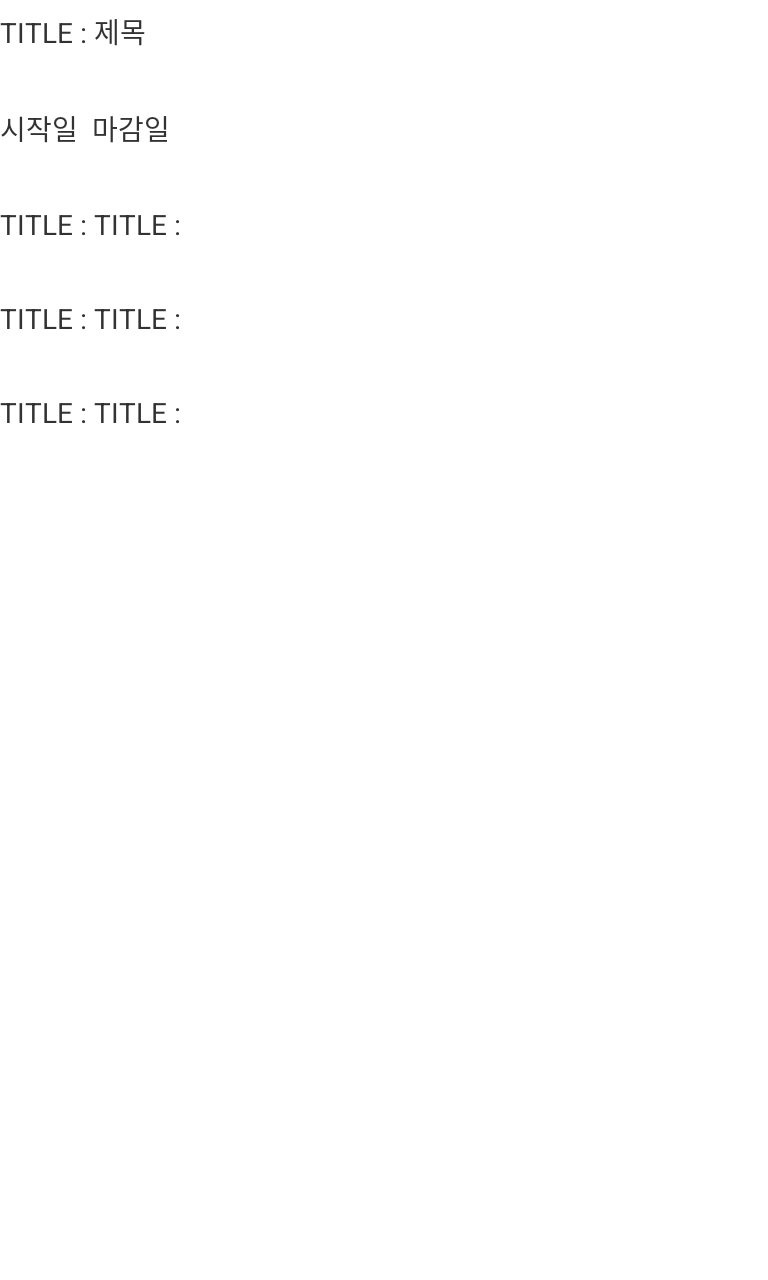
Repository: chlduq04/java
Layout: Culturemap/res/layout/detail.xml
The author's editor kept a copy of each file at every save. The layout is drawn from the files as they stood at one save, then again after the next save.
It is drawn on a 768 x 1280 px phone screen (xhdpi) without system bars, with theme AppTheme; the app's code is not run.

Above is the layout before, as saved 2012-07-23 06:53:34.

After the next save:
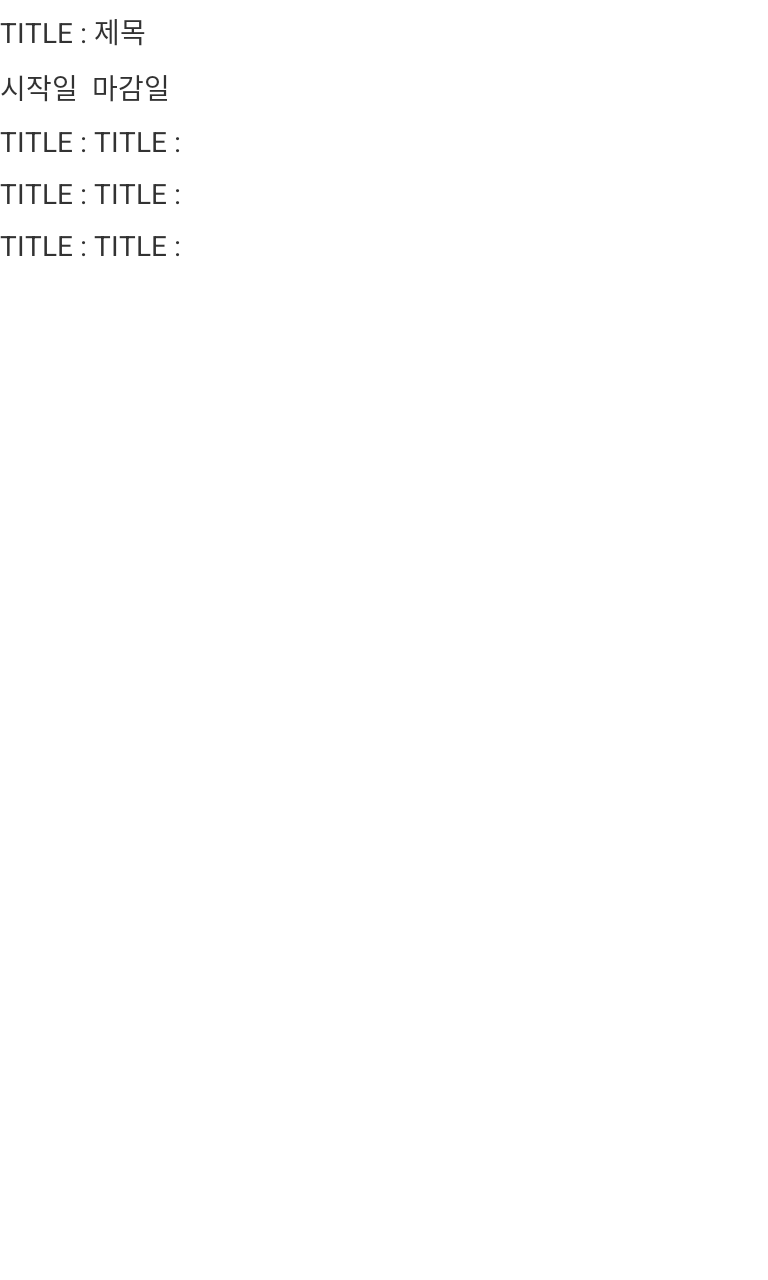
Saved 64 s later.
--- a/Culturemap/res/layout/detail.xml
+++ b/Culturemap/res/layout/detail.xml
@@ -7,7 +7,7 @@
     <LinearLayout
         android:layout_width="match_parent"
         android:layout_height="wrap_content"
-        android:layout_weight="2"
+        android:layout_weight="0.15"
         android:orientation="vertical" >
 
         <LinearLayout
@@ -33,7 +33,7 @@
             android:layout_width="fill_parent"
             android:layout_height="wrap_content"
             android:layout_weight="1"
-            android:paddingTop="5dip">
+            android:paddingTop="5dip" >
 
             <TextView
                 android:layout_width="wrap_content"
@@ -52,8 +52,7 @@
             android:layout_width="fill_parent"
             android:layout_height="wrap_content"
             android:layout_weight="1"
-            android:paddingTop="5dip">
-
+            android:paddingTop="5dip" >
 
             <TextView
                 android:layout_width="wrap_content"
@@ -72,8 +71,7 @@
             android:layout_width="fill_parent"
             android:layout_height="wrap_content"
             android:layout_weight="1"
-            android:paddingTop="5dip">
-
+            android:paddingTop="5dip" >
 
             <TextView
                 android:layout_width="wrap_content"
@@ -92,8 +90,7 @@
             android:layout_width="fill_parent"
             android:layout_height="wrap_content"
             android:layout_weight="1"
-            android:paddingTop="5dip">
-
+            android:paddingTop="5dip" >
 
             <TextView
                 android:layout_width="wrap_content"
